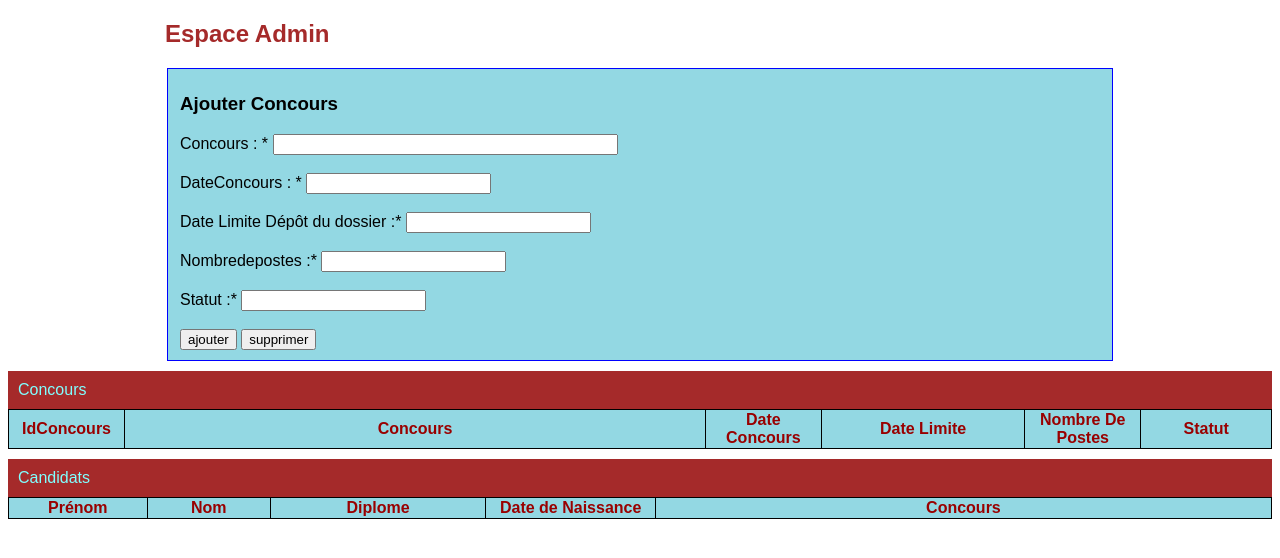
Repository: yahouari/Stage2019
Page: http://localhost/test/Gestion.jsp
The author's editor kept a copy of each file at every save. The page is drawn from the files as they stood at one save, then again after the next save.
The browser window is 1280 px wide. The pictures show the whole page.
The page is served by Tomcat 9. Queries for data that is not in the repository find no rows.

Above is the page before, as saved 2019-07-29 09:20:42.

After the next save:
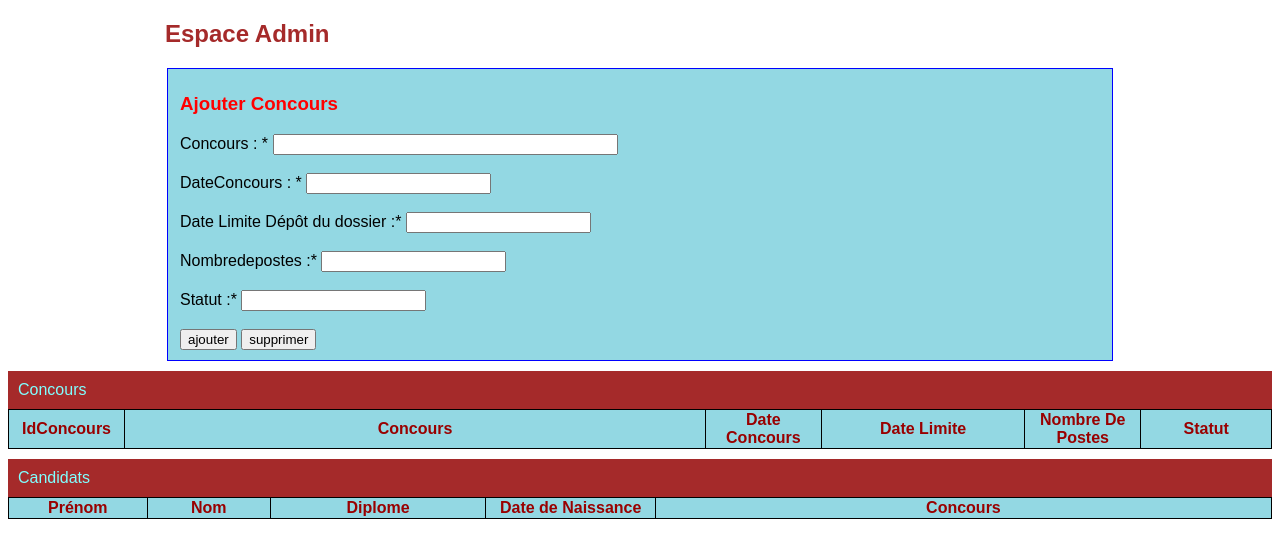
Saved 61 s later.
--- a/test/WebContent/inc/gest.css
+++ b/test/WebContent/inc/gest.css
@@ -45,5 +45,5 @@ td, th /* Mettre une bordure sur les td ET les th */
 }
 h3
 {
-	 color: #fffhh
+	 color: #ff0000
 }
